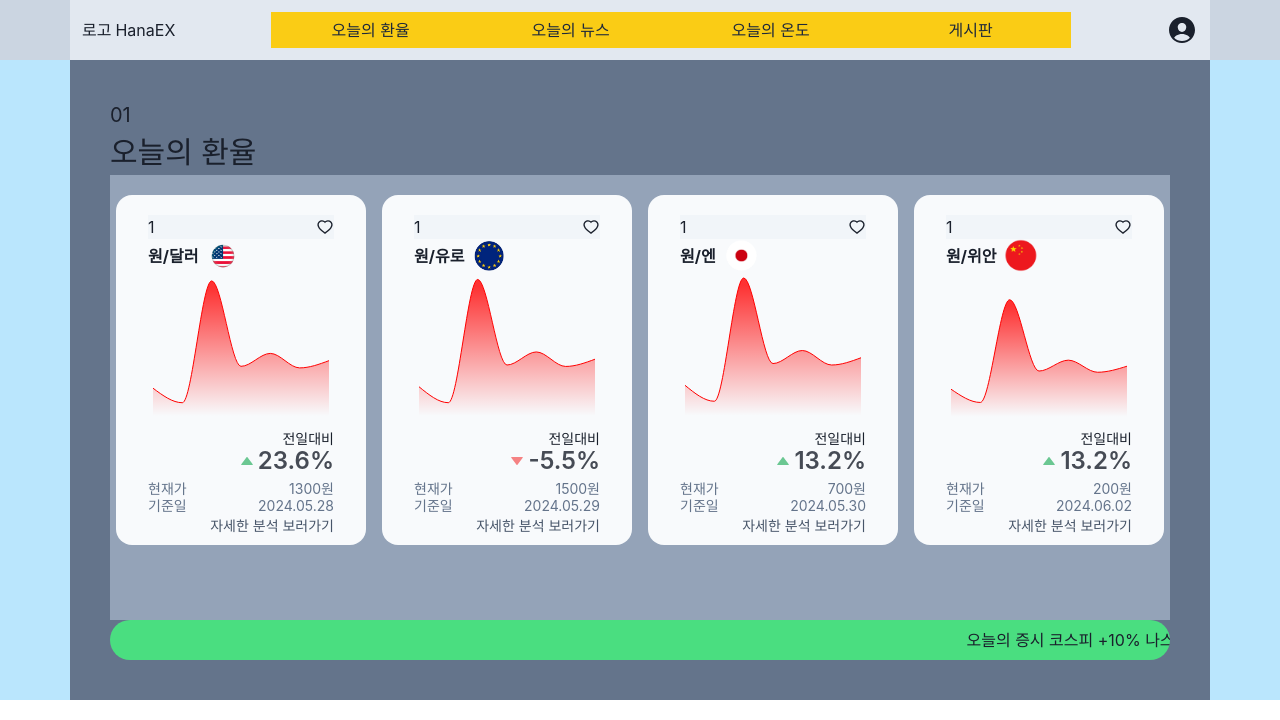
Repository: HANAEX/FRONT
Page: /
The author's editor kept a copy of each file at every save. The page is drawn from the files as they stood at one save, then again after the next save.
The browser window is 1280 px wide. The pictures show the whole page.
The project was rebuilt for these pictures with package versions that can differ from the ones it lists, and the page was loaded fresh each time. Also part of the build but not shown: src/pages/LoginPage.js, src/pages/MyPage.js, src/components/Toggle.js, src/components/SementicCard.js, src/pages/SemanticPage.js, src/components/NewsCard.js, src/pages/NewsPage.js, src/components/CloudChart.js and 6 more.

Above is the page before, as saved 2024-08-13 19:45:16.

### src/App.js
import { BrowserRouter, Route, Routes } from 'react-router-dom';
import { ChakraProvider } from '@chakra-ui/react'
import MainPage from './pages/MainPage';
import LoginPage from './pages/LoginPage';
import MyPage from './pages/MyPage';
import SemanticPage from './pages/SemanticPage';
import NewsPage from './pages/NewsPage';
import BoardPage from './pages/BoardPage';
import AppOut from './AppOut';
import MainPageDetail from './pages/MainPageDetail';
import SemanticPageDetail from './pages/SemanticPageDetail';

function App() {
  return (
    <ChakraProvider>
    <BrowserRouter>
    <Routes>
      <Route path='/' element={<AppOut />}>
        <Route path='' element={<MainPage />} />
        <Route path="Login" element={<LoginPage />}/>
        <Route path="My" element={<MyPage />} />
        <Route path="Semantic" element={<SemanticPage />} />
        <Route path="News" element={<NewsPage />} />
        <Route path="Board" element={<BoardPage />} />
        <Route path="MainPageDetail" element={<MainPageDetail />} />
        <Route path="SemanticPageDetail" element={<SemanticPageDetail />} />
      </Route>
    </Routes>
    </BrowserRouter>
    </ChakraProvider>
  );
}

export default App;

### src/pages/MainPage.js
import React, {useEffect, useState} from 'react'
import { Text } from '@chakra-ui/react'
import ChartCard from '../components/ChartCard'
import FlowText from '../components/FlowText'
import { SERVER_URL } from '../data/Server_Url'
import axios from 'axios'


const MainPage = () => {
  const [consumData, setConsumData] = useState([]);
  useEffect(() => {
    const getUseHistory = async () => {
      try {
        const result = await axios.get(SERVER_URL + "data.json");
        console.log(result.data.data[1]);
        setConsumData(result.data.data);
      } catch (error) {
        console.log(error);
      }
    }
    getUseHistory();
  }, [])

  return (
    <>
    <div className='w-[1140px] h-[calc(100vh-80px)] bg-slate-500 flex flex-col py-10 px-10'>
      <Text fontSize='xl'>01</Text>
      <Text fontSize='3xl'>오늘의 환율</Text>
      <div className='w-full flex-grow bg-slate-400 py-5'>
        <div name="chart-box" className='flex justify-center gap-4'>
          {consumData.map((data, index) => (
            <ChartCard
              key={index}
              name={data.name}
              imageUrl={data.imageUrl}
              currentPrice={data.currentPrice}
              increase={data.increase}
              date={data.date}
              chartData={data.chartData}
            />
          ))}
        </div>
      </div>
      <FlowText />
    </div>
    </>
  )
}

export default MainPage

### src/AppOut.js
import React from 'react'
import { Outlet } from 'react-router'
import NavBar from './components/NavBar'

const AppOut = () => {
  return (
    <>
      <div className='w-screen flex justify-center bg-slate-300'>
        <NavBar />
      </div>
      <div className='w-screen flex justify-center bg-sky-200'>
        <Outlet />
      </div>
    </>
  )
}

export default AppOut

### src/components/ChartCard.js
import React, { useState } from 'react'
import { ResponsiveContainer, Area, Tooltip, AreaChart } from 'recharts';
import {
  Stat,
  StatLabel,
  StatNumber,
  StatHelpText,
  StatArrow,
  Box,
  Image,
  HStack,
  Text
} from '@chakra-ui/react'

import { AiOutlineHeart, AiFillHeart } from "react-icons/ai";
import { Link } from 'react-router-dom';

const ChartCard = ({ name, increase, imageUrl, currentPrice, date, chartData }) => {
  const [heart, setHeart] = useState(false);
  const handleHeart = () => {
    setHeart(!heart)
  }
  return (
    <div to={"/MainPageDetail"} name="card-container" className='w-[250px] h-[350px] px-8 py-5 bg-slate-50 rounded-2xl'>
      {/* card 상단 */}
      <div name="card-top" className='bg-slate-100 py-0 flex justify-between items-center'>
        <Text>1</Text>
        <div onClick={handleHeart}>
        {heart ? <AiFillHeart className='text-lg text-red-700'/> : <AiOutlineHeart className='text-lg' />}
        </div>
      </div>

      {/* card 원달러 이미지 */}
      <HStack>
        <Text as={'b'} fontSize='1xl'>
          {name}
          {/* 원/달러 */}
        </Text>
        <Box className='w-[34px] h-[34px]'>
          <Image src={imageUrl} alt='Dan Abramov' />
        </Box>
      </HStack>

      {/* card 차트 */}
      <ResponsiveContainer width="100%" height="50%">
        <AreaChart width={300} height={100} data={chartData}>
          <defs>
            <linearGradient id="colorPv" x1="0" y1="0" x2="0" y2="1">
              <stop offset="5%" stopColor="#FF0000" stopOpacity={0.8}/>
              <stop offset="95%" stopColor="#FF0000" stopOpacity={0}/>
            </linearGradient>
          </defs>
          <Tooltip />
          <Area type="monotone" dataKey="pv" stroke="#FF0000" fillOpacity={2} fill="url(#colorPv)" />
        </AreaChart>
      </ResponsiveContainer>

      <div name="card-foot" className='flex justify-end'>
          <Stat>
            <StatLabel className='flex justify-end'>전일대비</StatLabel>
            <StatHelpText lineHeight={1} className='flex justify-end items-center'>
              <StatArrow type={increase >= 0 ? 'increase' : 'decrease'} />
              <StatNumber>{ increase + "%"}</StatNumber>
            </StatHelpText>
      </Stat>
      </div>
      <div className='flex justify-between'>
        <Text fontSize='sm' lineHeight={1.2} className='text-slate-500'>현재가</Text>
        <Text fontSize='sm' lineHeight={1.2} className='text-slate-500'>
          { currentPrice + "원" }
        </Text>
      </div>
      <div className=' flex justify-between'>
        <Text fontSize='sm' lineHeight={1.2} className='text-slate-500'>기준일</Text>
        <Text fontSize='sm' lineHeight={1.2} className='text-slate-500'>{date}</Text>
      </div>
      <Text fontSize={'sm'} className='flex justify-end text-slate-600'>자세한 분석 보러가기</Text>
    </div>
  )
}



export default ChartCard

### src/components/FlowText.js
import React from 'react'
import styled, {keyframes}from "styled-components";


const FlowText= () => {
  return (
    <div className='rounded-full h-10 bg-green-400 overflow-hidden flex items-center'>
    <TextFlow className='w-full'>
      오늘의 증시 코스피 +10% 나스닥 -10%
    </TextFlow>
    </div>
  )
}

export default FlowText

const TextFlowAni = keyframes`
  0% {
    transform: translateX(100%);
  }
  100% {
    transform: translateX(-100%);
  }
`
const TextFlow = styled.div`
  white-space: nowrap;
  overflow: hidden;
  animation: ${TextFlowAni} 5s linear infinite;
`

### src/data/Server_Url.js
export const SERVER_URL = '/';

### src/css/style.css
#app {
  height: 100%;
}
html,
body {
  position: relative;
  height: 100%;
}
.swiper {
  width: 100%;
  height: 100%;
  margin-top: 20px;
}
.swiper-slide {
  text-align: center;
  font-size: 18px;
  background: transparent;

  /* Center slide text vertically */
  display: flex;
  justify-content: center;
  /* align-items: center; */
}

### src/components/NavBar.js
import React from 'react'
import Menu from './Menu'
import { IoPersonCircle } from "react-icons/io5";
import { Link } from 'react-router-dom';

const NavBar = () => {
  return (
    <nav className='w-[1140px] h-[60px] bg-slate-200'>
      <div name="nav-container" className='w-full h-full flex items-center justify-between p-3'>
        <div name='logobox' className='flex gap-1'>
          <div name='logo'>로고</div>
          <div name='title'>HanaEX</div>
        </div>
        <div name='menus'className='h-full flex items-center bg-yellow-400'>
          <Link to={"/"}><Menu menu_name="오늘의 환율"/></Link>
          <Link to={"/News"}><Menu menu_name="오늘의 뉴스"/></Link>
          <Link to={"/Semantic"}><Menu menu_name="오늘의 온도"/></Link>
          <Link to={"/Board"}><Menu menu_name="게시판"/></Link>
        </div>
        <Link to={"/My"}>
          <IoPersonCircle className='w-8 h-8'/>
        </Link>
      </div>
    </nav>
  )
}

export default NavBar

### src/components/Menu.js
import React from 'react'

const Menu = ({menu_name}) => {
  return (
    <div className='w-[200px] h-10 text-center rounded-full text-slate-800 leading-10 hover:bg-slate-700 hover:text-slate-50 transition duration-150 ease-in-out'>
      {menu_name}
    </div>
  )
}

export default Menu

### public/data.json
{
  "isSuccess": true,
  "code": 200,
  "message": "성공입니다.",
  "data": [
    {
      "index": 1,
      "name": "원/달러",
      "imageUrl": "/image/america_flag.png",
      "currentPrice": 1300,
      "date": "2024.05.28",
      "increase": 23.6,
      "chartData": [
        { "name": "Page A", "uv": 4000, "pv": 2400, "amt": 2400 },
        { "name": "Page B", "uv": 3000, "pv": 1398, "amt": 2210 },
        { "name": "Page C", "uv": 2000, "pv": 9800, "amt": 2290 },
        { "name": "Page D", "uv": 2780, "pv": 3908, "amt": 2000 },
        { "name": "Page E", "uv": 1890, "pv": 4800, "amt": 2181 },
        { "name": "Page F", "uv": 2390, "pv": 3800, "amt": 2500 },
        { "name": "Page G", "uv": 3490, "pv": 4300, "amt": 2100 }
      ]
    },
    {
      "index": 2,
      "name": "원/유로",
      "imageUrl": "/image/eu_flag.png",
      "currentPrice": 1500,
      "date": "2024.05.29",
      "increase": -5.5,
      "chartData": [
        { "name": "Page A", "uv": 4100, "pv": 2500, "amt": 2500 },
        { "name": "Page B", "uv": 3100, "pv": 1400, "amt": 2220 },
        { "name": "Page C", "uv": 2100, "pv": 9900, "amt": 2300 },
        { "name": "Page D", "uv": 2800, "pv": 4000, "amt": 2010 },
        { "name": "Page E", "uv": 1900, "pv": 4900, "amt": 2190 },
        { "name": "Page F", "uv": 2400, "pv": 3900, "amt": 2510 },
        { "name": "Page G", "uv": 3500, "pv": 4400, "amt": 2110 }
      ]
    },
    {
      "index": 3,
      "name": "원/엔",
      "imageUrl": "/image/japan_flag.png",
      "currentPrice": 700,
      "date": "2024.05.30",
      "increase": 13.2,
      "chartData": [
        { "name": "Page A", "uv": 4200, "pv": 2600, "amt": 2600 },
        { "name": "Page B", "uv": 3200, "pv": 1500, "amt": 2230 },
        { "name": "Page C", "uv": 2200, "pv": 10000, "amt": 2310 },
        { "name": "Page D", "uv": 2900, "pv": 4100, "amt": 2020 },
        { "name": "Page E", "uv": 2000, "pv": 5000, "amt": 2200 },
        { "name": "Page F", "uv": 2500, "pv": 4000, "amt": 2520 },
        { "name": "Page G", "uv": 3600, "pv": 4500, "amt": 2120 }
      ]
    },
    {
      "index": 4,
      "name": "원/위안",
      "imageUrl": "/image/chinese_flag.png",
      "currentPrice": 200,
      "date": "2024.06.02",
      "increase": 13.2,
      "chartData": [
        { "name": "Page A", "uv": 4400, "pv": 2800, "amt": 2800 },
        { "name": "Page B", "uv": 3400, "pv": 1700, "amt": 2250 },
        { "name": "Page C", "uv": 2400, "pv": 10200, "amt": 2330 },
        { "name": "Page D", "uv": 3100, "pv": 4300, "amt": 2040 },
        { "name": "Page E", "uv": 2200, "pv": 5200, "amt": 2220 },
        { "name": "Page F", "uv": 2700, "pv": 4200, "amt": 2540 },
        { "name": "Page G", "uv": 3800, "pv": 4700, "amt": 2140 }
      ]
    }
  ]
}

Loaded but not shown: public/index.html (common file); src/index.js (common file); src/index.css (common file); src/reportWebVitals.js (common file); tailwind.config.js (common file)

After the next save:
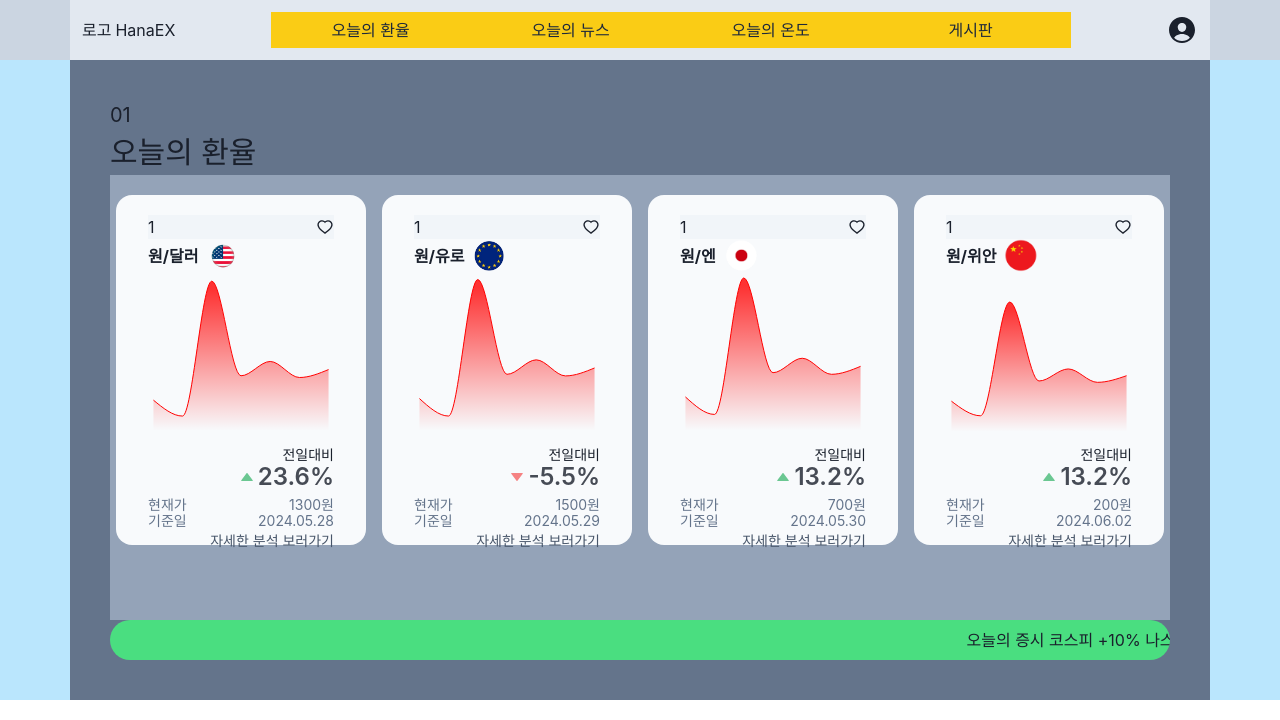
Saved 8 s later.
--- a/src/components/ChartCard.js
+++ b/src/components/ChartCard.js
@@ -42,7 +42,7 @@
       </HStack>
 
       {/* card 차트 */}
-      <ResponsiveContainer width="100%" height="50%">
+      <ResponsiveContainer width="100%" height="55%">
         <AreaChart width={300} height={100} data={chartData}>
           <defs>
             <linearGradient id="colorPv" x1="0" y1="0" x2="0" y2="1">

After the save that followed:
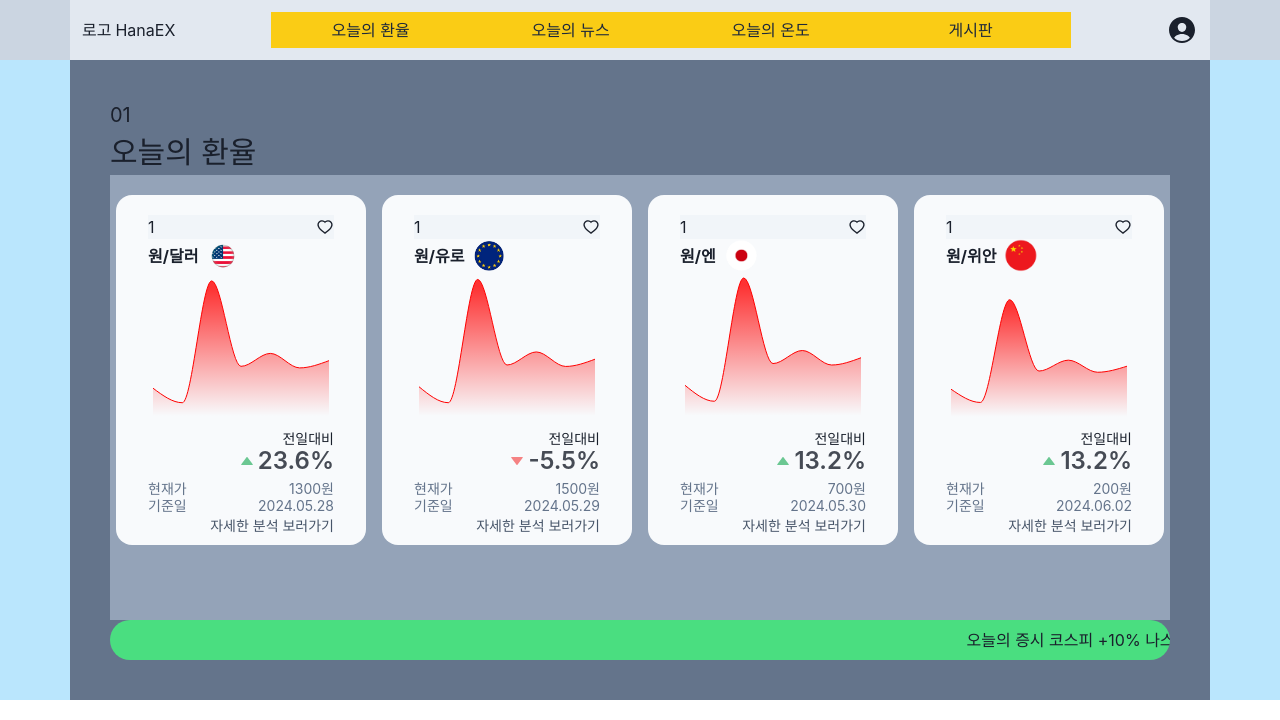
Saved 5 s later.
--- a/src/components/ChartCard.js
+++ b/src/components/ChartCard.js
@@ -42,7 +42,7 @@
       </HStack>
 
       {/* card 차트 */}
-      <ResponsiveContainer width="100%" height="55%">
+      <ResponsiveContainer width="100%" height="50%">
         <AreaChart width={300} height={100} data={chartData}>
           <defs>
             <linearGradient id="colorPv" x1="0" y1="0" x2="0" y2="1">
